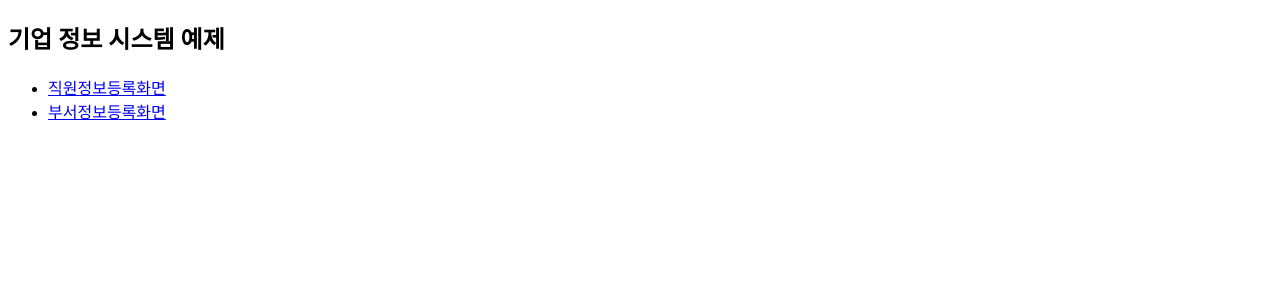
Repository: sieoh/2024html-
Page: workspace_sts/jspweb_08/src/main/webapp/index.html
The author's editor kept a copy of each file at every save. The page is drawn from the files as they stood at one save, then again after the next save.
The browser window is 1280 px wide. The pictures show the whole page.

Above is the page before, as saved 2024-01-12 04:05:52.

After the next save:
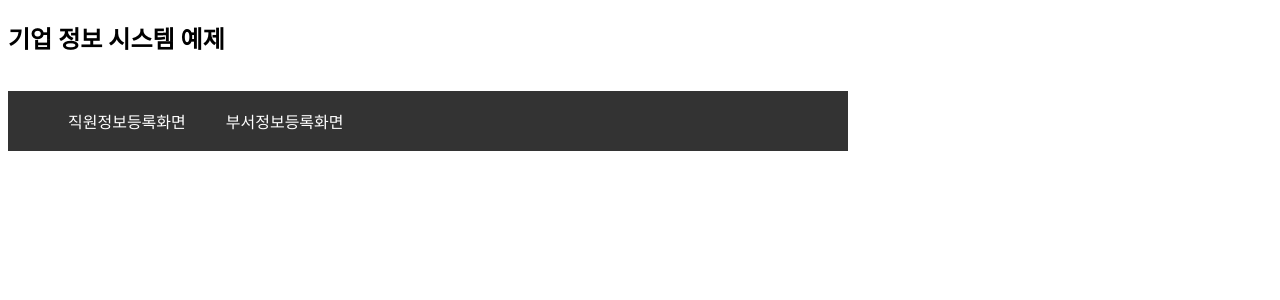
Saved 10 min 50 s later.
--- a/workspace_sts/jspweb_08/src/main/webapp/index.html
+++ b/workspace_sts/jspweb_08/src/main/webapp/index.html
@@ -3,6 +3,11 @@
 <head>
 <meta charset="UTF-8">
 <title>Insert title here</title>
+<style>
+    ul {display: inline-block; background-color: #333333; width: 800px;}
+    ul li {float: left; padding: 18px 20px; list-style: none; text-decoration-line: none; color: white; text-align: center;}
+    ul li a { text-decoration-line: none; color: white;}
+  </style>
 </head>
 <body>
 	<h2>기업 정보 시스템 예제</h2>
